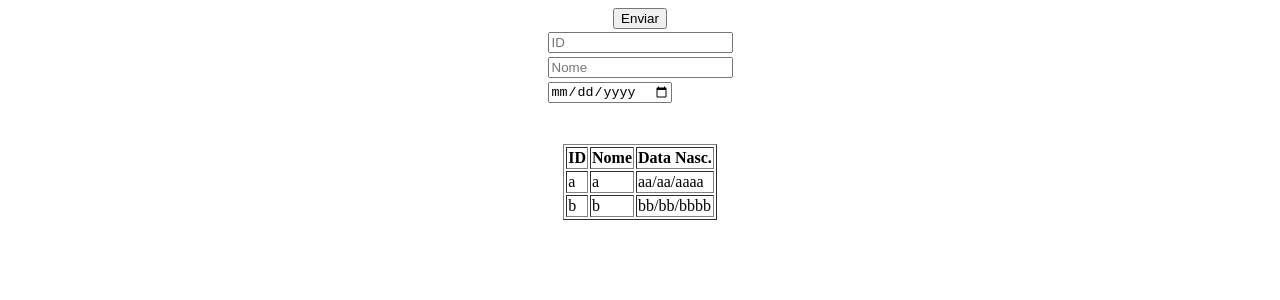
Repository: Frm2003/Laboratorio-de-Banco-de-Dados
Page: ExemploHTML/src/main/webapp/index.html
These files come from the project's save history. The page is drawn as it stood at one moment and after the next save; the edit follows.
The browser window is 1280 px wide. The pictures show the whole page.

Above is the page before, as saved 2023-08-08 13:10:06.

### ExemploHTML/src/main/webapp/index.html
<!DOCTYPE html>
<html>

<head>
	<meta charset="ISO-8859-1">
	<title>Exemplo</title>
</head>

<body>
	<nav id="menu">

	</nav>
	<div align="center">
		<form action="" method="post">

			<table>
				<tr>
					<td>
						<input type="number" id="id" name="id" min="0" step="1" placeholder="ID" required="required">
					</td>
				</tr>
				<tr>
					<td>
						<input type="text" id="nome" name="nome" placeholder="Nome" required="required">
					</td>
				</tr>
				<tr>
					<td>
						<input type="date" id="dataNasc" name="dataNasc" required="required">
					</td>
				</tr>
				<tr>
					<input type="submit" id="enviar" name="enviar" value="Enviar">
				</tr>
			</table>
		</form>
	</div>

	<br>
	<br>

	<div align="center">
		<table border="1">
			<thead>
				<tr>
					<th><b>ID</b></th>
					<th><b>Nome</b></th>
					<th><b>Data Nasc.</b></th>
				</tr>
			</thead>
			<tbody>
				<tr>
					<td>a</td>
					<td>a</td>
					<td>aa/aa/aaaa</td>
				</tr>
				<tr>
					<td>b</td>
					<td>b</td>
					<td>bb/bb/bbbb</td>
				</tr>
			</tbody>
		</table>
	</div>
</body>

</html>

After the next save:
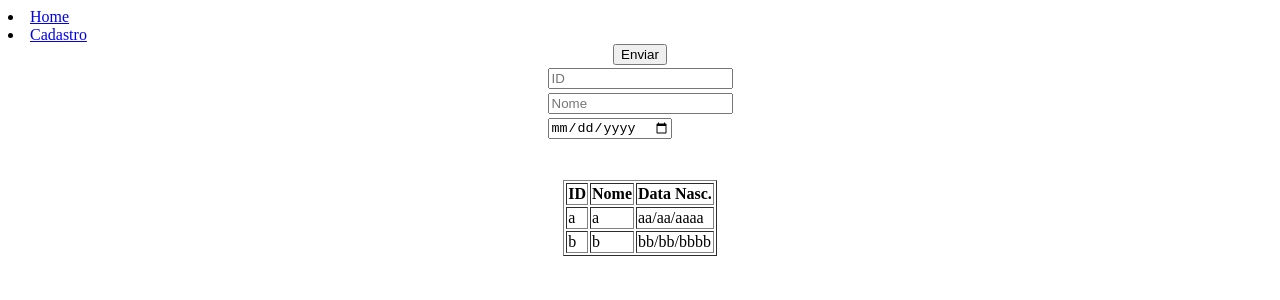
Saved 54 s later.
--- a/ExemploHTML/src/main/webapp/index.html
+++ b/ExemploHTML/src/main/webapp/index.html
@@ -8,7 +8,8 @@
 
 <body>
 	<nav id="menu">
-
+		<li><a href="index.html">Home</a></li>
+		<li><a href="cadastro.html">Cadastro</a></li>
 	</nav>
 	<div align="center">
 		<form action="" method="post">
